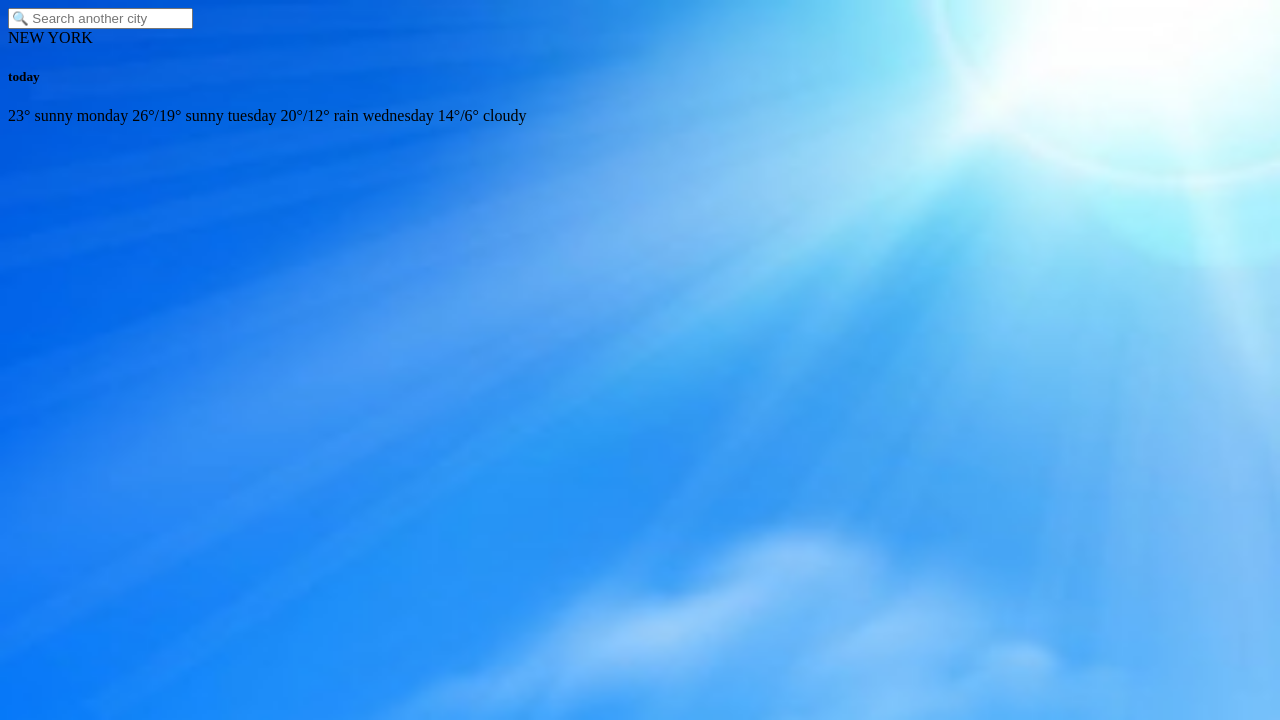
Repository: liav13/WeatherTast
Page: index.html
An editor plug-in stored every save of this project. The page is shown before and after the next save, followed by the edit.
The browser window is 1280 px wide. The pictures show the whole page.
The style sheet was rebuilt from its Sass, Less or Tailwind sources for each picture, by a compiler version that may differ from the author's.

Above is the page before, as saved 2019-07-13 13:46:50.

### index.html
<html lang="en">
    <head>
        <meta charset="UTF-8">
        <meta name="viewport" content="width=device-width, initial-scale=1.0">
        <meta http-equiv="X-UA-Compatible" content="ie=edge">
        <link href="https://fonts.googleapis.com/css?family=Work+Sans&display=swap" rel="stylesheet">
        <link rel="stylesheet" href="./css/style.css">
        <title>Document</title>
    </head>
    <body>

        <header>
        <input type="text" placeholder="&#128269; Search another city">
        </header>



        <section>
            <span class="loction"> NEW YORK <h5>today</h5> 23&#176; sunny </span>
            <!-- לתפוס כל חלק בניפרד בץוך הספרן -->
            <span class="weater"> monday 26&#176;/19&#176; sunny</span>
            <span class="weater"> tuesday 20&#176;/12&#176; rain</span>
            <span class="weater"> wednesday 14&#176;/6&#176; cloudy</span>
        </section>


    </body>
    </html>

### styles/style.scss
$primaryColor: white;
$backgroundImg:url("/img/sky.png") ;


@import "./backgroundimg";

### styles/_backgroundimg.scss
@mixin flexCenter{
    display: flex;
    justify-content: center;
    align-items: center;
    };

body{
    background-color:black;
    background-image: $backgroundImg;
    background-repeat: no-repeat;
    background-size:100% 100%;
}
input{
    @include flexCenter();
}

After the next save:
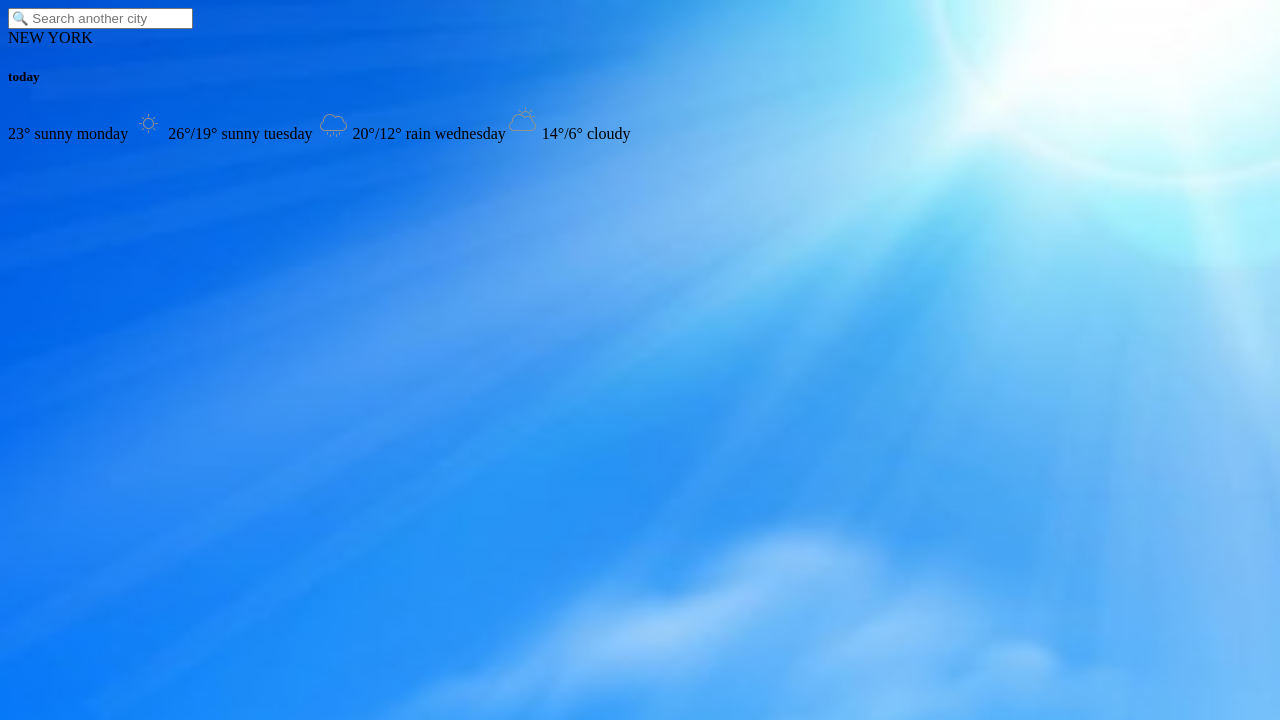
Saved 3 min 50 s later.
--- a/index.html
+++ b/index.html
@@ -18,9 +18,9 @@
         <section>
             <span class="loction"> NEW YORK <h5>today</h5> 23&#176; sunny </span>
             <!-- לתפוס כל חלק בניפרד בץוך הספרן -->
-            <span class="weater"> monday 26&#176;/19&#176; sunny</span>
-            <span class="weater"> tuesday 20&#176;/12&#176; rain</span>
-            <span class="weater"> wednesday 14&#176;/6&#176; cloudy</span>
+            <span class="weater"> monday <img src="/img/sun.svg" alt=""> 26&#176;/19&#176; sunny</span>
+            <span class="weater"> tuesday <img src="/img/rain.svg" alt=""> 20&#176;/12&#176; rain</span>
+            <span class="weater"> wednesday<img src="/img/suncloud.svg" alt=""> 14&#176;/6&#176; cloudy</span>
         </section>
 
 
